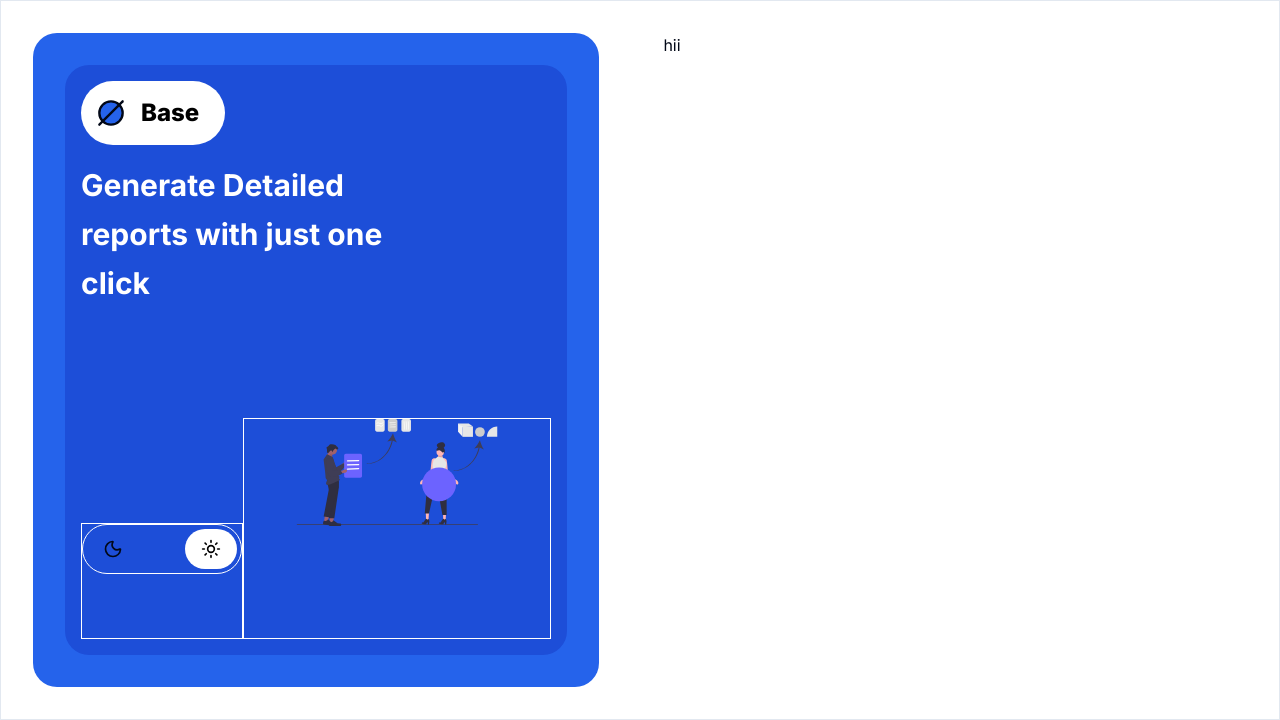
Repository: Hardyy00/openinapp_assignment
Page: /
The author's editor kept a copy of each file at every save. The page is drawn from the files as they stood at one save, then again after a run of saves.
The browser window is 1280 px wide. The pictures show the whole page.
The project was rebuilt for these pictures with package versions that can differ from the ones it lists, and the page was loaded fresh each time. The framework's server and built-in components were replaced by stand-ins that run in the browser. Also part of the build but not shown: next.config.mjs.

Above is the page before, as saved 2024-08-23 15:36:43.

After the next 2 saves:
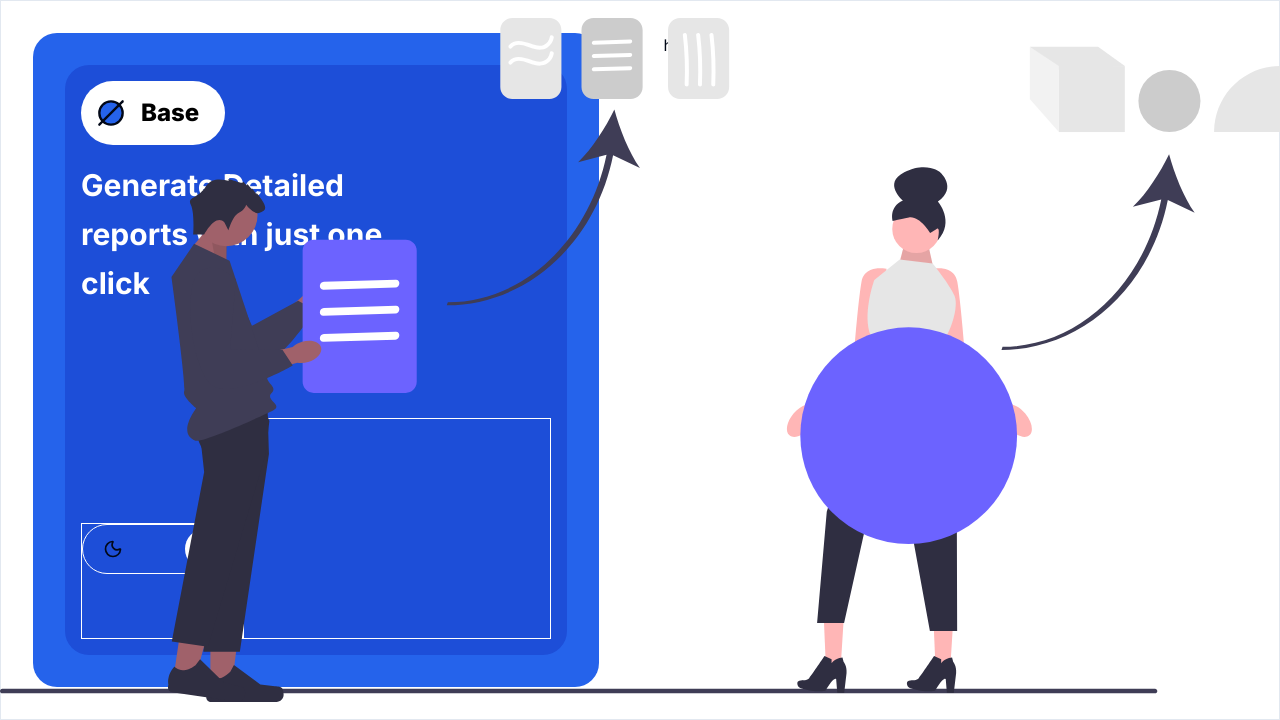
The 2 saves are shown as one change because they came seconds apart.
The last was saved 14 s later.
--- a/app/(auth)/layout.tsx
+++ b/app/(auth)/layout.tsx
@@ -24,11 +24,11 @@ export default function Layout({ children }: { children: React.ReactNode }) {
                 <ThemeToggle />
               </div>
               <div className="flex-1 h-[70%] self-end border border-white">
-                <div className="h-[70%]">
-                  <div className=" relative h-[70%] ">
-                    <Image src={"/auth.svg"} fill alt="svg" />
-                  </div>
-                </div>
+                {/* <div className="h-[70%]"> */}
+                {/* <div className=" relative h-[70%] "> */}
+                <Image src={"/auth.svg"} fill alt="svg" />
+                {/* </div> */}
+                {/* </div> */}
               </div>
             </div>
           </div>
